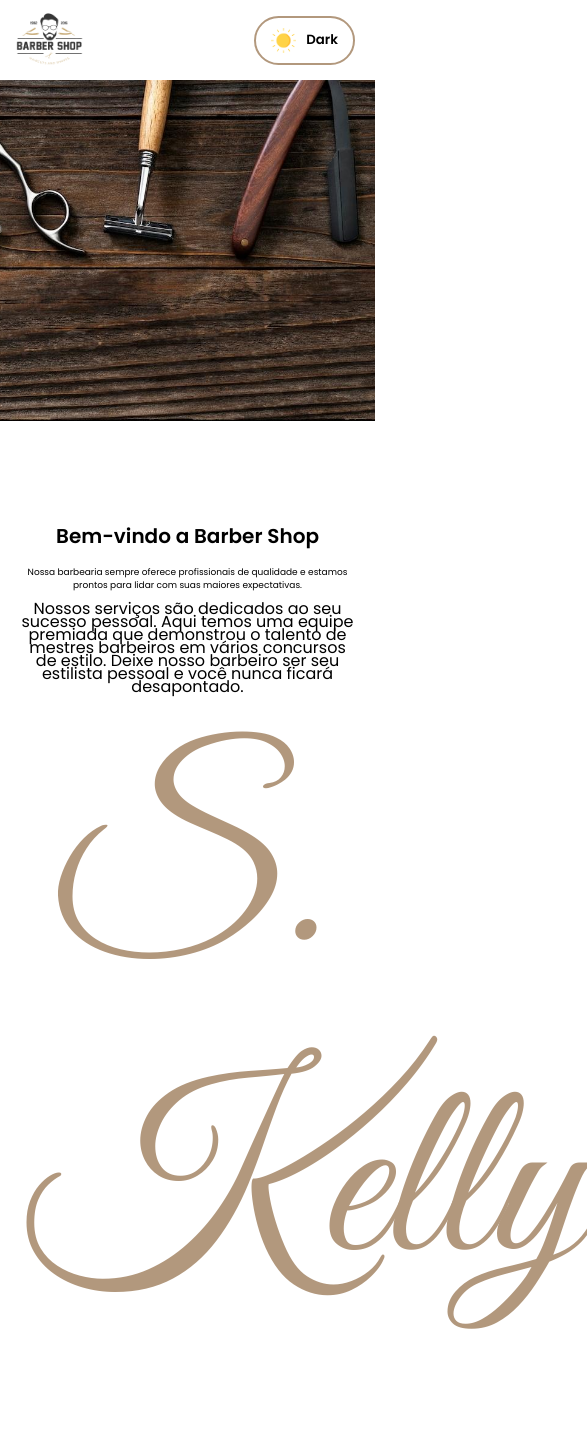
Repository: Daniells642/LandingPage-React
Page: /
The author's editor kept a copy of each file at every save. The page is drawn from the files as they stood at one save, then again after the next save.
The browser window is 375 px wide. The page is 587 px wide, then 577 px, so the pictures cover 587 px, including what lies to the right of the window. The pictures show the whole page.
The project was rebuilt for these pictures with package versions that can differ from the ones it lists, and the page was loaded fresh each time.

Above is the page before, as saved 2022-11-04 23:58:32.

After the next save:
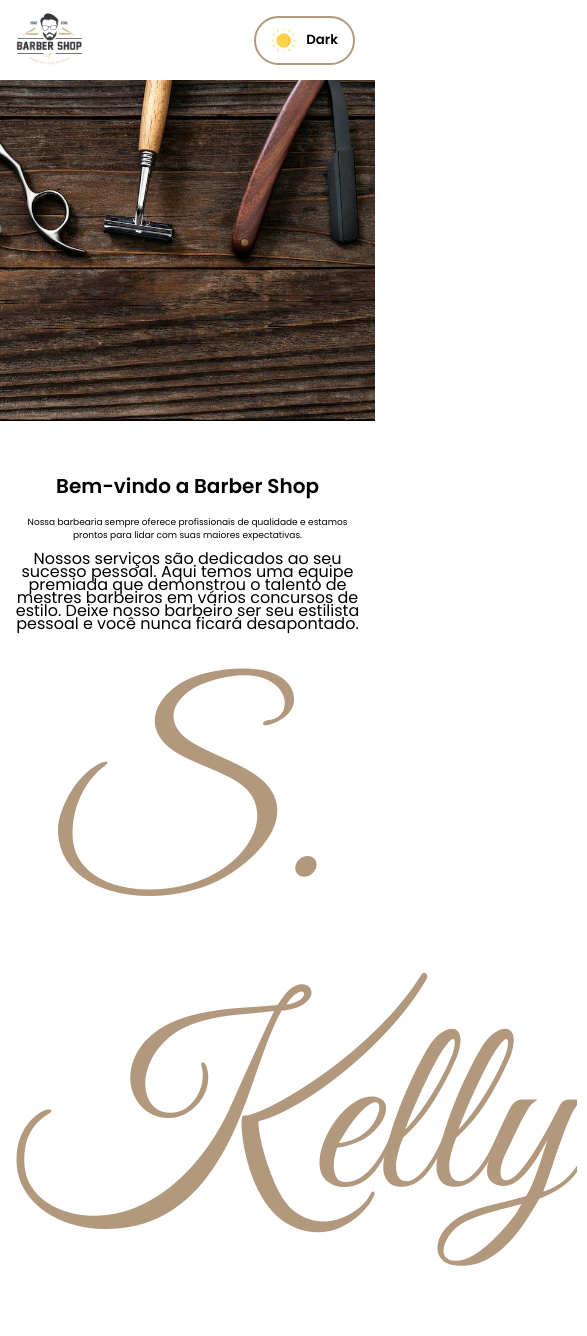
Saved 59 s later.
--- a/src/LandingPage/style.css
+++ b/src/LandingPage/style.css
@@ -86,6 +86,12 @@
 }
 
 @media (max-width: 425px) {
+  .secao-texto div{
+    padding: 50px 10px;
+    display: flex;
+    flex-direction: column;
+    text-align: center;
+  }
   .secao-texto h1 {font-size: 20px; margin-bottom: 15px;}
   .primeiro-paragrafo {
     font-size: 9px;
